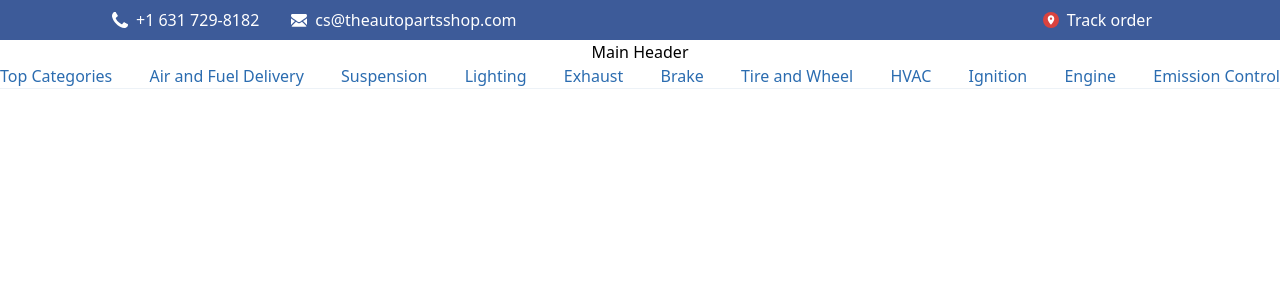
Repository: robindhimanspineor/TAPS-Next
Page: /
An editor plug-in stored every save of this project. The page is shown before and after the next save, followed by the edit.
The browser window is 1280 px wide. The pictures show the whole page.
The project was rebuilt for these pictures with package versions that can differ from the ones it lists, and the page was loaded fresh each time. The framework's server and built-in components were replaced by stand-ins that run in the browser. Also part of the build but not shown: next.config.js.

Above is the page before, as saved 2021-09-16 16:30:08.

### src/pages/index.tsx
// import { useRouter } from 'next/router';

// import { Meta } from '../layout/Meta';
// import { Main } from '../templates/Main';
import Header from '../components/common/header';

const Index = () => {
  // const router = useRouter();

  return (
    // <Main
    //   meta={
    //     <Meta
    //       title="Next.js Boilerplate Presentation"
    //       description="Next js Boilerplate is the perfect starter code for your project. Build your React application with the Next.js framework."
    //     />
    //   }
    // >
    // </Main>
    <div>
      <main className="main-container block">
        <Header />
      </main>
    </div>
  );
};

export default Index;

### src/components/common/header/index.js
import TopHeader from './top-header';
import MainHeader from './main-header.tsx';
import CategoriesHeader from './categories-header';

const Header = () => {
  return (
    <header className="flex flex-col items-center justify-center w-full static border-b z-50">
      <TopHeader />
      <MainHeader />
      <CategoriesHeader />
    </header>
  );
};

export default Header;

### src/components/common/header/top-header.tsx
import PhoneHandle from '../../../svg/PhoneHandleSvg.js';
import MailBoxSvg from '../../../svg/MailBoxSvg.js';
import TrackOrderSvg from '../../../svg/TrackOrderSvg.js';

import topHeaderStyles from '../../../styles/top-header.module.css';
const TopHeader = () => {
  return (
    <div
      className={`${topHeaderStyles.bgBlue} head-top flex justify-between py-2 pr-32 pl-28  w-full text-base`}
    >
      <div className="w-screen max-w-screen-xl flex justify-between">
        <div className="head-top-left flex text-white font-medium w-9/12">
          <div className="head-top-phone flex items-center text-white w-auto">
            <div
              className="text-white h-6 w-6 flex items-center pr-2"
              style={{ fill: '#fff' }}
            >
              <PhoneHandle />
            </div>
            <p>+1 631 729-8182</p>
          </div>
          <div className="heap-top-email flex items-center text-white w-auto ml-8">
            <div
              className="text-white h-6 w-6 flex items-center pr-2"
              style={{ fill: '#fff' }}
            >
              <MailBoxSvg />
            </div>
            <p>cs@theautopartsshop.com</p>
          </div>
        </div>
        <div className="head-top-right text-white font-medium">
          <div
            className="head-top-track-order flex items-center text-white w-auto cursor-pointer"
            onClick={() => console.log('track order')}
          >
            <div
              className="text-white h-6 w-6 flex items-center pr-2 "
              style={{ fill: '#fff' }}
            >
              <TrackOrderSvg />
            </div>
            <p>Track order</p>
          </div>
        </div>
      </div>
    </div>
  );
};
export default TopHeader;

### src/components/common/header/main-header.tsx
const MainHeader = () => {
  return <h1>Main Header</h1>;
};

export default MainHeader;

### src/components/common/header/categories-header.tsx
import Link from 'next/link';
const CategoriesHeader = () => {
  return (
    <div className="header-categories w-screen max-w-screen-xl flex justify-between">
      <Link href="/">Top Categories</Link>
      <Link href="/air-and-fuel-delivery">Air and Fuel Delivery</Link>
      <Link href="/suspension">Suspension</Link>
      <Link href="/electrical-lighting-and-body">Lighting</Link>
      <Link href="/exhaust">Exhaust</Link>
      <Link href="/brake">Brake</Link>
      <Link href="/tire-and-wheel">Tire and Wheel</Link>
      <Link href="/hvac">HVAC</Link>
      <Link href="/ignition">Ignition</Link>
      <Link href="/engine">Engine</Link>
      <Link href="/emission-control">Emission Control</Link>
    </div>
  );
};

export default CategoriesHeader;

### src/svg/PhoneHandleSvg.js
import React from 'react';

const PhoneHandle = () => (
  <svg
    version="1.1"
    xmlns="http://www.w3.org/2000/svg"
    xmlnsXlink="http://www.w3.org/1999/xlink"
    x="0px"
    y="0px"
    width="401.998px"
    height="401.998px"
    viewBox="0 0 401.998 401.998"
    style={{ enableBackground: 'new 0 0 401.998 401.998' }}
    xmlSpace="preserve"
    aria-label="phone handle svg"
  >
    <g>
      <path
        d="M401.129,311.475c-1.137-3.426-8.371-8.473-21.697-15.129c-3.61-2.098-8.754-4.949-15.41-8.566
		c-6.662-3.617-12.709-6.95-18.13-9.996c-5.432-3.045-10.521-5.995-15.276-8.846c-0.76-0.571-3.139-2.234-7.136-5
		c-4.001-2.758-7.375-4.805-10.14-6.14c-2.759-1.327-5.473-1.995-8.138-1.995c-3.806,0-8.56,2.714-14.268,8.135
		c-5.708,5.428-10.944,11.324-15.7,17.706c-4.757,6.379-9.802,12.275-15.126,17.7c-5.332,5.427-9.713,8.138-13.135,8.138
		c-1.718,0-3.86-0.479-6.427-1.424c-2.566-0.951-4.518-1.766-5.858-2.423c-1.328-0.671-3.607-1.999-6.845-4.004
		c-3.244-1.999-5.048-3.094-5.428-3.285c-26.075-14.469-48.438-31.029-67.093-49.676c-18.649-18.658-35.211-41.019-49.676-67.097
		c-0.19-0.381-1.287-2.19-3.284-5.424c-2-3.237-3.333-5.518-3.999-6.854c-0.666-1.331-1.475-3.283-2.425-5.852
		s-1.427-4.709-1.427-6.424c0-3.424,2.713-7.804,8.138-13.134c5.424-5.327,11.326-10.373,17.7-15.128
		c6.379-4.755,12.275-9.991,17.701-15.699c5.424-5.711,8.136-10.467,8.136-14.273c0-2.663-0.666-5.378-1.997-8.137
		c-1.332-2.765-3.378-6.139-6.139-10.138c-2.762-3.997-4.427-6.374-4.999-7.139c-2.852-4.755-5.799-9.846-8.848-15.271
		c-3.049-5.424-6.377-11.47-9.995-18.131c-3.615-6.658-6.468-11.799-8.564-15.415C98.986,9.233,93.943,1.997,90.516,0.859
		C89.183,0.288,87.183,0,84.521,0c-5.142,0-11.85,0.95-20.129,2.856c-8.282,1.903-14.799,3.899-19.558,5.996
		c-9.517,3.995-19.604,15.605-30.264,34.826C4.863,61.566,0.01,79.271,0.01,96.78c0,5.135,0.333,10.131,0.999,14.989
		c0.666,4.853,1.856,10.326,3.571,16.418c1.712,6.09,3.093,10.614,4.137,13.56c1.045,2.948,2.996,8.229,5.852,15.845
		c2.852,7.614,4.567,12.275,5.138,13.988c6.661,18.654,14.56,35.307,23.695,49.964c15.03,24.362,35.541,49.539,61.521,75.521
		c25.981,25.98,51.153,46.49,75.517,61.526c14.655,9.134,31.314,17.032,49.965,23.698c1.714,0.568,6.375,2.279,13.986,5.141
		c7.614,2.854,12.897,4.805,15.845,5.852c2.949,1.048,7.474,2.43,13.559,4.145c6.098,1.715,11.566,2.905,16.419,3.576
		c4.856,0.657,9.853,0.996,14.989,0.996c17.508,0,35.214-4.856,53.105-14.562c19.219-10.656,30.826-20.745,34.823-30.269
		c2.102-4.754,4.093-11.273,5.996-19.555c1.909-8.278,2.857-14.985,2.857-20.126C401.99,314.814,401.703,312.819,401.129,311.475z"
      />
    </g>
    <g />
    <g />
    <g />
    <g />
    <g />
    <g />
    <g />
    <g />
    <g />
    <g />
    <g />
    <g />
    <g />
    <g />
    <g />
  </svg>
);

export default PhoneHandle;

### src/svg/MailBoxSvg.js
import React from 'react';

const MailBoxSvg = () => (
  <svg
    version="1.1"
    xmlns="http://www.w3.org/2000/svg"
    xmlnsXlink="http://www.w3.org/1999/xlink"
    x="0px"
    y="0px"
    width="550.795px"
    height="550.795px"
    viewBox="0 0 550.795 550.795"
    style={{ enableBackground: 'new 0 0 550.795 550.795' }}
    xmlSpace="preserve"
    aria-label="mail box"
  >
    <g>
      <g>
        <path
          d="M501.613,491.782c12.381,0,23.109-4.088,32.229-12.16L377.793,323.567c-3.744,2.681-7.373,5.288-10.801,7.767
			c-11.678,8.604-21.156,15.318-28.434,20.129c-7.277,4.822-16.959,9.737-29.045,14.755c-12.094,5.024-23.361,7.528-33.813,7.528
			h-0.306h-0.306c-10.453,0-21.72-2.503-33.813-7.528c-12.093-5.018-21.775-9.933-29.045-14.755
			c-7.277-4.811-16.75-11.524-28.434-20.129c-3.256-2.387-6.867-5.006-10.771-7.809L16.946,479.622
			c9.119,8.072,19.854,12.16,32.234,12.16H501.613z"
        />
        <path
          d="M31.047,225.299C19.37,217.514,9.015,208.598,0,198.555V435.98l137.541-137.541
			C110.025,279.229,74.572,254.877,31.047,225.299z"
        />
        <path
          d="M520.059,225.299c-41.865,28.336-77.447,52.73-106.75,73.195l137.486,137.492V198.555
			C541.98,208.396,531.736,217.306,520.059,225.299z"
        />
        <path
          d="M501.613,59.013H49.181c-15.784,0-27.919,5.33-36.42,15.979C4.253,85.646,0.006,98.97,0.006,114.949
			c0,12.907,5.636,26.892,16.903,41.959c11.267,15.061,23.256,26.891,35.961,35.496c6.965,4.921,27.969,19.523,63.012,43.801
			c18.917,13.109,35.368,24.535,49.505,34.395c12.05,8.396,22.442,15.667,31.022,21.701c0.985,0.691,2.534,1.799,4.59,3.269
			c2.215,1.591,5.018,3.61,8.476,6.107c6.659,4.816,12.191,8.709,16.597,11.683c4.4,2.975,9.731,6.298,15.985,9.988
			c6.249,3.685,12.143,6.456,17.675,8.299c5.533,1.842,10.655,2.766,15.367,2.766h0.306h0.306c4.711,0,9.834-0.924,15.368-2.766
			c5.531-1.843,11.42-4.608,17.674-8.299c6.248-3.69,11.572-7.02,15.986-9.988c4.406-2.974,9.938-6.866,16.598-11.683
			c3.451-2.497,6.254-4.517,8.469-6.102c2.057-1.476,3.605-2.577,4.596-3.274c6.684-4.651,17.1-11.892,31.104-21.616
			c25.482-17.705,63.01-43.764,112.742-78.281c14.957-10.447,27.453-23.054,37.496-37.803c10.025-14.749,15.051-30.22,15.051-46.408
			c0-13.525-4.873-25.098-14.598-34.737C526.461,63.829,514.932,59.013,501.613,59.013z"
        />
      </g>
    </g>
    <g />
    <g />
    <g />
    <g />
    <g />
    <g />
    <g />
    <g />
    <g />
    <g />
    <g />
    <g />
    <g />
    <g />
    <g />
  </svg>
);

export default MailBoxSvg;

### src/svg/TrackOrderSvg.js
import React from 'react';

const TrackOrderSvg = () => (
    <svg xmlns="http://www.w3.org/2000/svg"
        version="1.1"
        id="Layer_1"
        x="0px"
        y="0px"
        viewBox="0 0 28 28"
        style={{ enableBackground: "new 0 0 28 28" }}>

        <circle id="Ellipse_2" fill="#D9433E" cx="14" cy="14" r="14" />
        <path id="Icon_material-location-on" fill="#FFFFFF" d="M14,5.9c-3.1,0-5.7,2.5-5.7,5.7c0,0,0,0,0,0c0,4.3,5.7,10.5,5.7,10.5  s5.7-6.3,5.7-10.5C19.7,8.4,17.1,5.9,14,5.9C14,5.9,14,5.9,14,5.9z M14,13.6c-1.1,0-2-0.9-2-2c0-1.1,0.9-2,2-2c1.1,0,2,0.9,2,2l0,0  C16,12.7,15.1,13.6,14,13.6z" />
    </svg>
);

export default TrackOrderSvg;

### src/styles/top-header.module.css
.bgBlue {
  background-color: #3d5b99;
}

Loaded but not shown: src/pages/_app.tsx (common file); src/pages/_document.tsx (common file); src/styles/main.css (common file); src/utils/AppConfig.ts (common file); tailwind.config.js (common file)

After the next save:
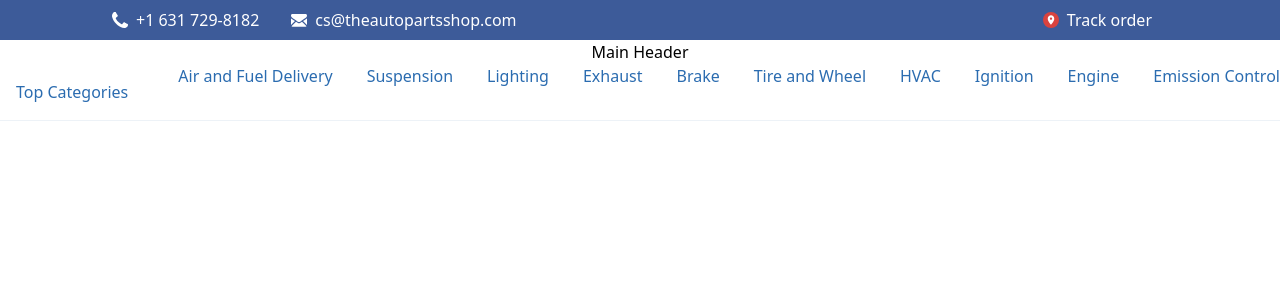
Saved 2 min 2 s later.
--- a/src/components/common/header/categories-header.tsx
+++ b/src/components/common/header/categories-header.tsx
@@ -1,8 +1,10 @@
 import Link from 'next/link';
 const CategoriesHeader = () => {
   return (
-    <div className="header-categories w-screen max-w-screen-xl flex justify-between">
-      <Link href="/">Top Categories</Link>
+    <div className="header-categories w-screen max-w-screen-xl flex justify-between text-black">
+      <Link href="/">
+        <a className="m-4">Top Categories</a>
+      </Link>
       <Link href="/air-and-fuel-delivery">Air and Fuel Delivery</Link>
       <Link href="/suspension">Suspension</Link>
       <Link href="/electrical-lighting-and-body">Lighting</Link>
